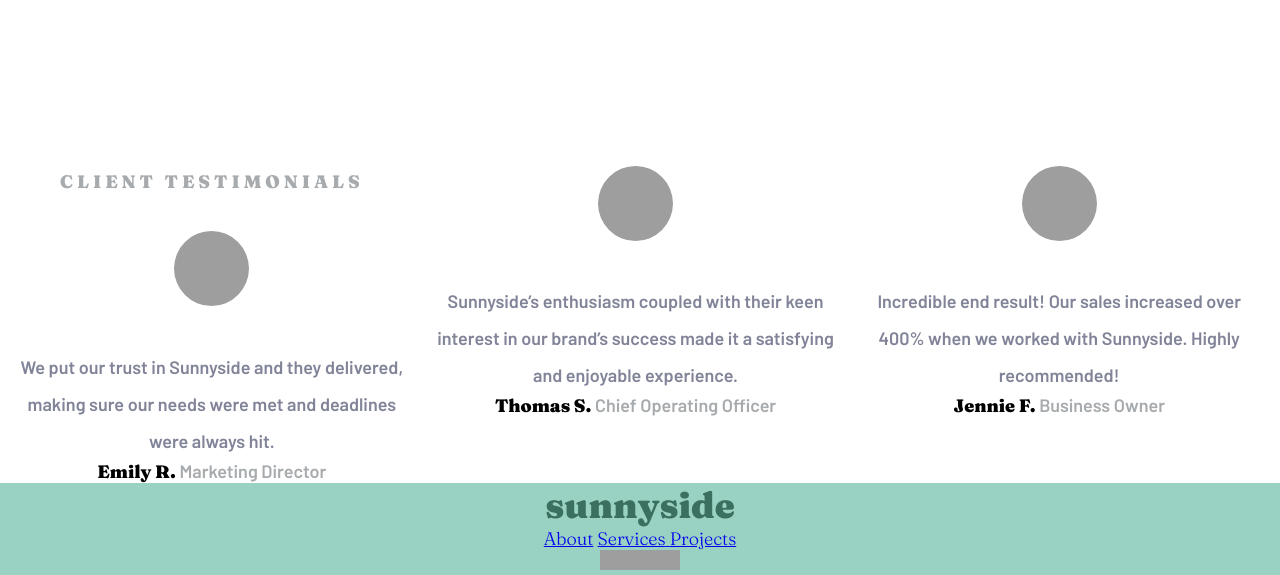
Repository: Roshanell/Sunny-Side-Agency
Page: index.html
The author's editor kept a copy of each file at every save. The page is drawn from the files as they stood at one save, then again after the next save.
The browser window is 1280 px wide. The pictures show the part of the page from y = 2160 to 2735 px (the page is 2735 px tall before and 2692 px after).
Pictures or frames that could not be fetched are drawn as grey boxes. Some web libraries are served in a nearby version.

Above is the page before, as saved 2022-07-06 13:54:17.

After the next save:
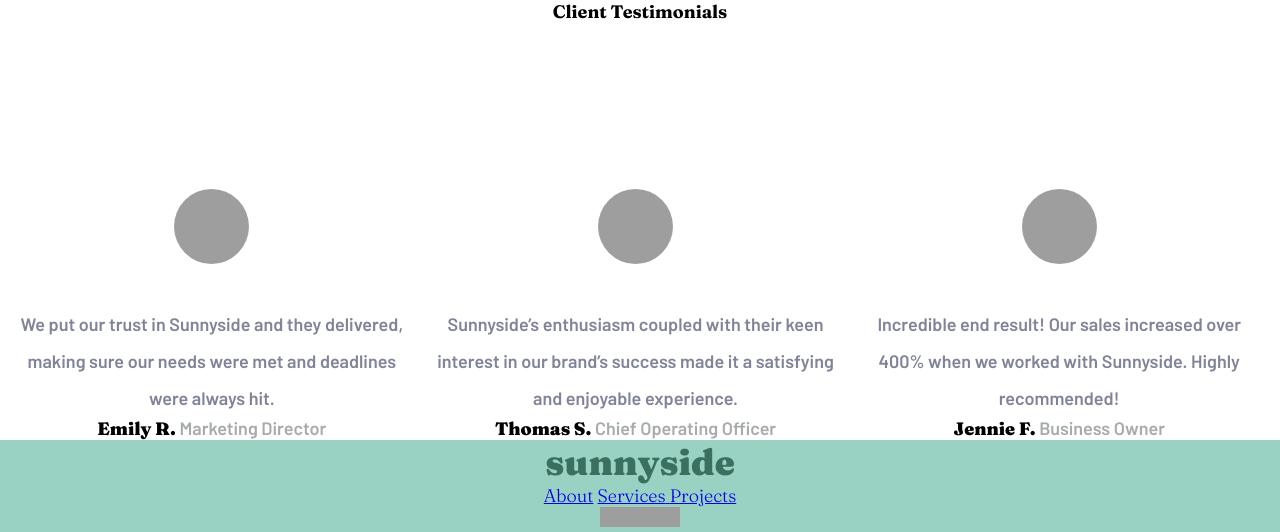
Saved 24 h 7 min later.
--- a/index.html
+++ b/index.html
@@ -10,7 +10,7 @@
     <link
       href="https://fonts.googleapis.com/css2?family=Barlow:wght@600&family=Fraunces:opsz,wght@9..144,300;9..144,700;9..144,900&display=swap"
       rel="stylesheet">
-      <!-- <link rel="stylesheet" href="/css/normalize.css"> -->
+    <!-- <link rel="stylesheet" href="/css/normalize.css"> -->
     <script src="https://kit.fontawesome.com/48e7997292.js" crossorigin="anonymous"></script>
   </head>
 
@@ -80,8 +80,8 @@
             image. </p>
         </div>
       </div>
+      <h4>Client Testimonials</h4>
       <div class="testimonialOne">
-        <h4>Client Testimonials</h4>
         <div class="user one"></div>
         <p class="review">We put our trust in Sunnyside and they delivered, making sure our needs were met and
           deadlines

After the save that followed:
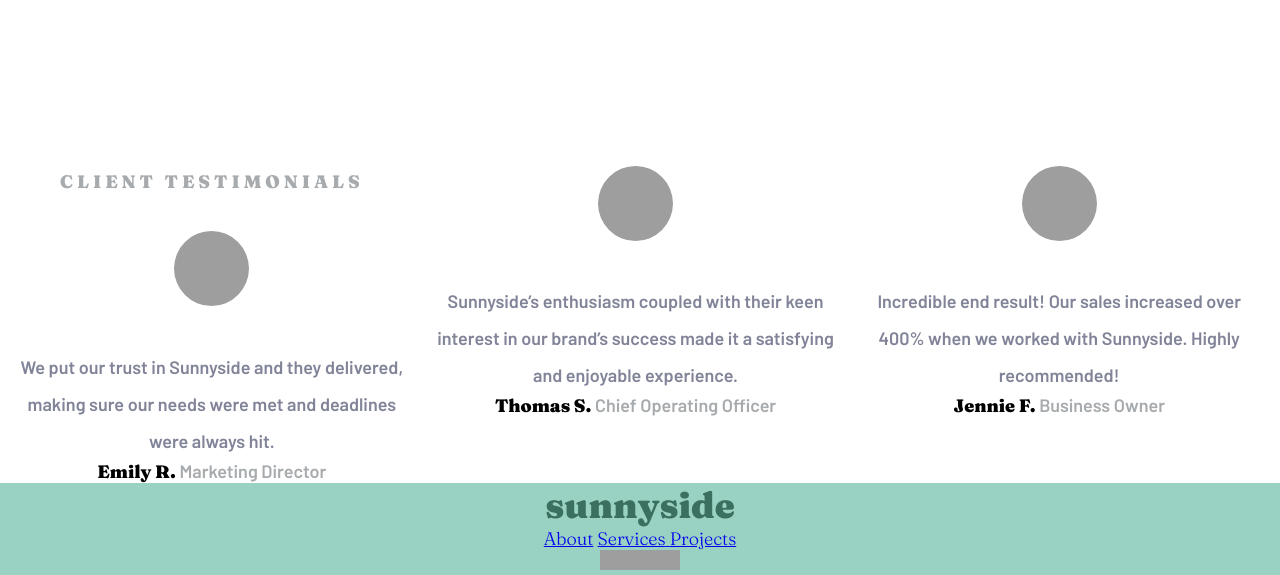
Saved 32 s later.
--- a/index.html
+++ b/index.html
@@ -80,8 +80,8 @@
             image. </p>
         </div>
       </div>
-      <h4>Client Testimonials</h4>
       <div class="testimonialOne">
+        <h4>Client Testimonials</h4>
         <div class="user one"></div>
         <p class="review">We put our trust in Sunnyside and they delivered, making sure our needs were met and
           deadlines
